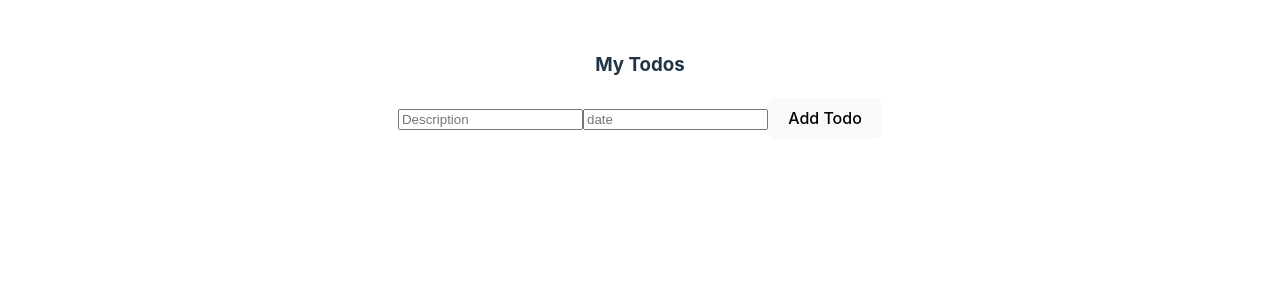
Repository: Aminul-Islam85/Todolist-with-delete
Page: /
The author's editor kept a copy of each file at every save. The page is drawn from the files as they stood at one save, then again after the next save.
The browser window is 1280 px wide. The pictures show the whole page.
The project was rebuilt for these pictures with package versions that can differ from the ones it lists, and the page was loaded fresh each time. Also part of the build but not shown: vite.config.js.

Above is the page before, as saved 2024-09-17 09:39:55.

### src/App.jsx
import './App.css'
import TodoList from './components/TodoList';
const App = () => {
  return (
    <div>
    <TodoList/>

    </div>
  );
};

export default App;

### src/index.css
:root {
  font-family: Inter, system-ui, Avenir, Helvetica, Arial, sans-serif;
  line-height: 1.5;
  font-weight: 400;

  color-scheme: light dark;
  color: rgba(255, 255, 255, 0.87);
  background-color: #242424;

  font-synthesis: none;
  text-rendering: optimizeLegibility;
  -webkit-font-smoothing: antialiased;
  -moz-osx-font-smoothing: grayscale;
}

a {
  font-weight: 500;
  color: #646cff;
  text-decoration: inherit;
}
a:hover {
  color: #535bf2;
}

body {
  margin: 0;
  display: flex;
  place-items: flex-start;
  min-width: 320px;
  min-height: 100vh;
}

h1 {
  font-size: 3.2em;
  line-height: 1.1;
}

button {
  border-radius: 8px;
  border: 1px solid transparent;
  padding: 0.6em 1.2em;
  font-size: 1em;
  font-weight: 500;
  font-family: inherit;
  background-color: #1a1a1a;
  cursor: pointer;
  transition: border-color 0.25s;
}
button:hover {
  border-color: #646cff;
}
button:focus,
button:focus-visible {
  outline: 4px auto -webkit-focus-ring-color;
}

@media (prefers-color-scheme: light) {
  :root {
    color: #213547;
    background-color: #ffffff;
  }
  a:hover {
    color: #747bff;
  }
  button {
    background-color: #f9f9f9;
  }
}

### src/components/TodoList.jsx
import { useState } from 'react';
import TodoTable from './TodoTable';

const TodoList = () => {
    const [todo, setTodo] = useState({ description: "", duedate: "" });
    const [todos, setTodos] = useState([]);

    const handleAdd = () => {
        if (!todo.description || !todo.duedate) {
            alert("Type something in both fields");
            return;
        }

        setTodos([todo, ...todos]);
        setTodo({ description: "", duedate: "" });
    };

    const handleDelete = (row) => {
        setTodos(todos.filter((_, index) => row != index));
    }

    return (
        <>
            <h3>My Todos</h3>
            <input
                placeholder='Description'
                value={todo.description}
                onChange={event => setTodo({ ...todo, description: event.target.value })}
            />
            <input
                placeholder='date'
                value={todo.duedate}
                onChange={event => setTodo({ ...todo, duedate: event.target.value })}
            />
            <button onClick={handleAdd}>Add Todo</button>
            <TodoTable todos={todos} handleDelete={handleDelete}/>

        </>
    );
};

export default TodoList;

### src/components/TodoTable.js
const TodoTable = () => {
    return (
        <div>

        </div>
    );
};

export default TodoTable;

Loaded but not shown: index.html (common file); src/main.jsx (common file); src/App.css (common file)

After the next save:
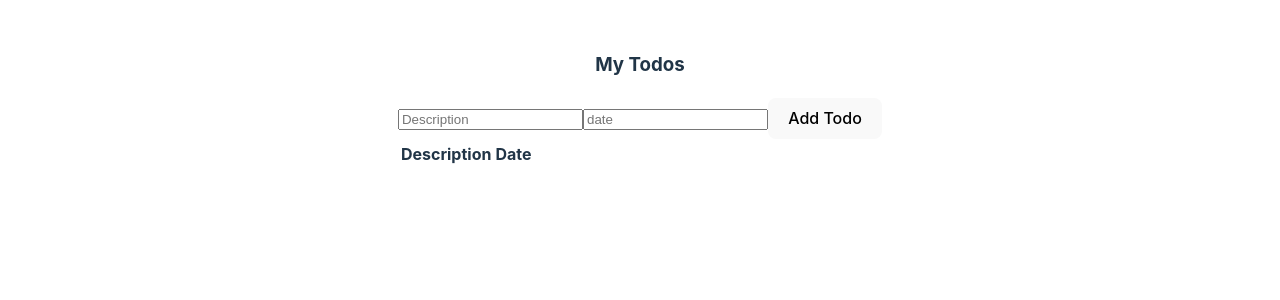
Saved 3 min 7 s later.
--- a/src/components/TodoTable.js
+++ b/src/components/TodoTable.js
@@ -1,8 +1,13 @@
 const TodoTable = () => {
     return (
-        <div>
-
-        </div>
+        <table>
+        <tbody>
+            <tr>
+                <th>Description</th>
+                <th>Date</th>
+            </tr>
+        </tbody>
+        </table>
     );
 };
 
